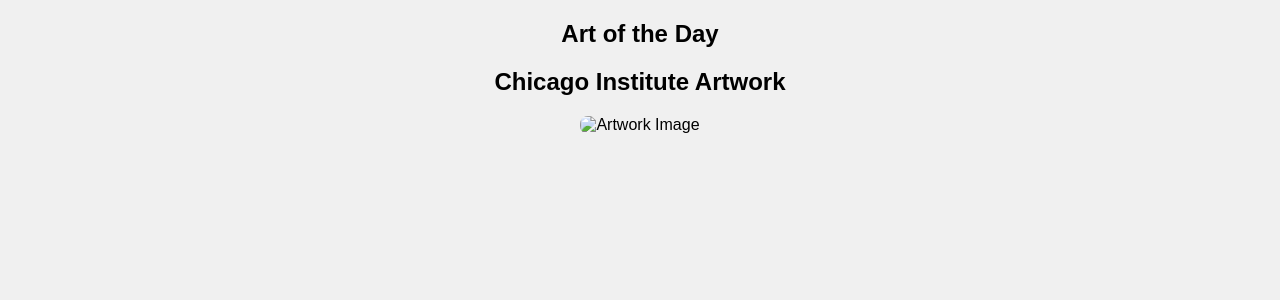
Repository: Bearandbird/amber-hinojos-API-project-haumea
Page: index.html
An editor plug-in stored every save of this project. The page is shown before and after the next save, followed by the edit.
The browser window is 1280 px wide. The pictures show the whole page.
The page's requests for data from a server got no answer.

Above is the page before, as saved 2024-05-25 07:56:29.

### index.html
<!DOCTYPE html>
<html lang="en">

<head>
    <link rel="stylesheet" href="./index.css"/>
    <meta charset="UTF-8" />
    <meta name="viewport" content="width=device-width, initial-scale=1.0" />
    <title> Art Work Website</title>

</head>

<body>
    <section id="artwork">
        <h1>Art of the Day</h1>
        <div id= "artwork-container">

        </div>
    </section>

    <section id="artworkSection">
        <h1 id="artworkName">Chicago Institute Artwork</h1>
        <h2 id="artworkTitle"></h2>
        <h2 id="artistTitleId"></h2>
        <div id="artistInfo"></div>
        <img id="artworkImage" alt="Artwork Image" />


<script src="./index.js"></script>

</body>

</html>

### index.css
body {
    font-family: Arial, sans-serif;
    background-color: #f0f0f0;
    text-align: center;
  }

  .container {
    max-width: 600px;
    margin: 0 auto;
    padding: 20px;
    background-color: #fff;
    border-radius: 8px;
    box-shadow: 0 4px 8px rgba(0, 0, 0, 0.1);
  }

  img {
    max-width: 30rem;
    margin-left: auto;
    margin-right: auto;
    border-radius: 8px;
    margin-bottom: 20px;
}

  .artwork-info {
    font-size: 16px;
  }

  .artwork-info p {
    margin: 0;
    margin-bottom: 10px;
  }

  .error-message {
    color: red;
  }

### index.js
const projectsSection = document.querySelector("#artwork");
const projectsList = projectsSection.querySelector("#artwork-container");

const artworkIds = [869,2189,2816,4081,4428,4575,4758,4773,4788,4796,4884,5357,5848,6565,6596,7021,7124,8624,8633,8958,8991,9010,9503,9512,11272,11320,11393,11434,11723,13720,13853,14572,14574,14591,14598,14655,14968,15401,15468,15563,16146,16169,16231,16298,16327,16362,16487,16488,16499,16551,16568,16571,16776,16964,18709,18757,19339,20432,20579,20684,21023,23333,23506,23684,23700,23972,24306,24548,24645,24836,25332,25853,25865,27307,27310,27984,27987,27992,28067,28560,28849,30709,30839,31285,34116,34181,34286,34299,35198,35376,36132,36161,37368,37761,38930,40619,42566,43060,43145,43714,44018,44741,44892,46230,46327,47149,49195,49686,49691,49702,49714,50148,50157,50276,50330,50909,51185,52560,52679,52736,53001,55249,55384,55706,56682,56731,56905,57051,57819,58540,59426,59787,59847,60031,60755,60812,61128,61428,61603,61608,62042,62371,63178,63234,63554,64276,64339,64724,64729,64818,64884,65290,65868,65916,66039,66434,66683,68769,68823,69109,69780,70003,70202,70207,70443,70739,71396,71829,72726,72728,72801,73216,73413,73417,75644,76054,76240,76244,76279,76295,76395,76571,76779,76816,76869,79307,79379,79507,79600,80062,80084,80479,80607,81512,81558,81564,83642,83889,83905,84241,84709,85533,86340,86385,86421,87045,87163,87479,87643,88724,88793,88977,89403,89856,90048,90300,90443,90536,90583,91194,91620,93345,93811,93900,95998,97402,97910,97916,99539,99602,99766,100079,100089,100250,100472,100829,100858,102131,102234,102295,102591,102611,102963,103347,103887,103943,104031,104043,104094,105073,105105,105203,105466,105800,106538,107069,107300,109275,109330,109439,109686,109780,109819,109926,110507,110634,110663,110881,111060,111164,111317,111377,111380,111400,111401,111436,111442,111559,111610,111617,111628,111642,111654,111810,112092,117188,117266,117271,118661,118746,119454,119521,120154,122054,125660,126981,127644,127859,129884,131385,131541,135430,137125,140645,142526,144272,144361,144969,145681,146701,146905,146953,146988,146989,146991,147003,147508,147513,148412,149681,149776,150054,150739,151358,151363,151371,151424,153244,153701,154232,154235,154237,154238,155969,156442,156474,156538,157056,157156,157160,159136,159824,160144,160201,160222,160226,180298,181091,181145,181774,182728,183077,183277,184095,184186,184193,184324,184362,184371,184672,185180,185184,185222,185619,185651,185760,185766,185905,185963,186047,186049,186392,187155,187165,187528,188540,188844,188845,189207,189289,189290,189595,189600,189715,189775,189807,189932,190224,190558,191197,191371,191454,191556,192689,192890,193664,196323,198809,199002,199854,207293,210482,210511,217201,218612,220179,220272,221885,223309,225016,227420,229351,229354,229393,229406,229510,229866,230189,234004,234433,234781,234972,238749];

//Randomly generate an index into the array to get a valid artwork id
const randomInt = Math.floor(Math.random() * artworkIds.length);
const randomId = artworkIds[randomInt];
console.log(randomId);
const url = `https://api.artic.edu/api/v1/artworks/${randomId}`;
console.log(url);

//fetch the url and if the data exists for the id, get info about the artwork and the art
fetch(url)
  .then((response) => {
    if (!response.ok) {
      throw new Error("Failure to Load");
    }
    return response.json(); // Parse the response as JSON
  })
  .then((data) => {
    //Get info about artwork
    console.log(data);
    const artwork = data.data;
    console.log(artwork);
    const title = artwork.title;
    console.log(artwork.title);
    const artistTitle = artwork.artist_title;
    console.log(artistTitle);
    const artistId = artwork.artist_id; // Assuming the artist ID is available
    const artworkImageID = artwork.image_id;
    console.log(artworkImageID);

    //Add the title to the html
    const artworkTitle = document.getElementById("artworkTitle");
    console.log(artworkTitle);
    artworkTitle.innerHTML = `Title: ${title}`;

    //If artist information is available, then add it to the html
    if (artistTitle != null) {
      const artistTitleElement = document.getElementById("artistTitleId");
      console.log(artistTitleElement);
      artistTitleElement.innerHTML = `Artist: ${artistTitle}`;
    }

    //Get the artwork image for the image id
    const artworkSrcString = `https://www.artic.edu/iiif/2/${artworkImageID}/full/843,/0/default.jpg`;
    console.log(artworkSrcString);

    //Add it to the img block
    const artworkImage = document.getElementById("artworkImage");
    artworkImage.setAttribute("src", artworkSrcString);

    console.log(artworkSrcString);

    // Fetch artist info if available
    if (artistId) {
      fetch(`https://api.artic.edu/api/v1/artists/${artistId}`)
        .then(response => {
          if (!response.ok) {
            throw new Error("Failed to load artist info");
          }
          return response.json();
        })
        .then(artistData => {
          console.log(artistData);
          const artist = artistData.data;
          const artistBirthDate = artist.birth_date;
          const artistDeathDate = artist.death_date;

          const artistInfoElement = document.getElementById("artistInfo");
          artistInfoElement.innerHTML = `
            <p>Birth Date: ${artistBirthDate}</p>
            <p>Death Date: ${artistDeathDate}</p>
          `;
        })
        .catch(error => console.error('Error fetching artist info:', error));
    }
  })
  .catch((error) => {
    console.error(`Image ${randomId} not found`, error);
  });

After the next save:
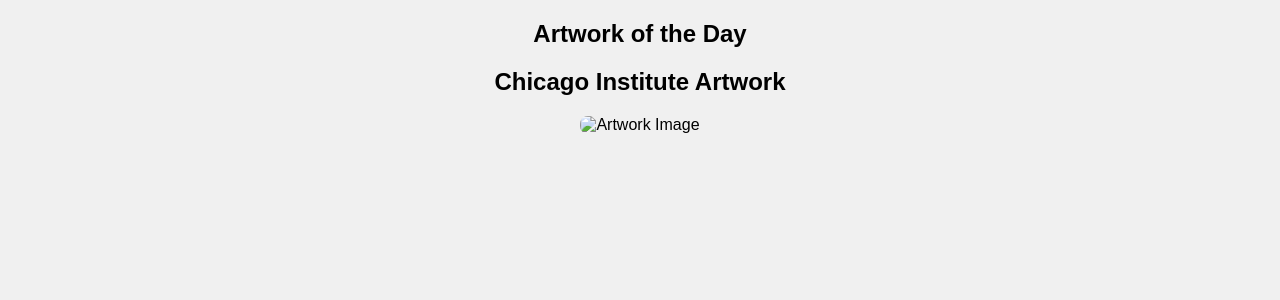
Saved 33 s later.
--- a/index.html
+++ b/index.html
@@ -5,13 +5,13 @@
     <link rel="stylesheet" href="./index.css"/>
     <meta charset="UTF-8" />
     <meta name="viewport" content="width=device-width, initial-scale=1.0" />
-    <title> Art Work Website</title>
+    <title> Art of the Day</title>
 
 </head>
 
 <body>
     <section id="artwork">
-        <h1>Art of the Day</h1>
+        <h1>Artwork of the Day</h1>
         <div id= "artwork-container">
 
         </div>
